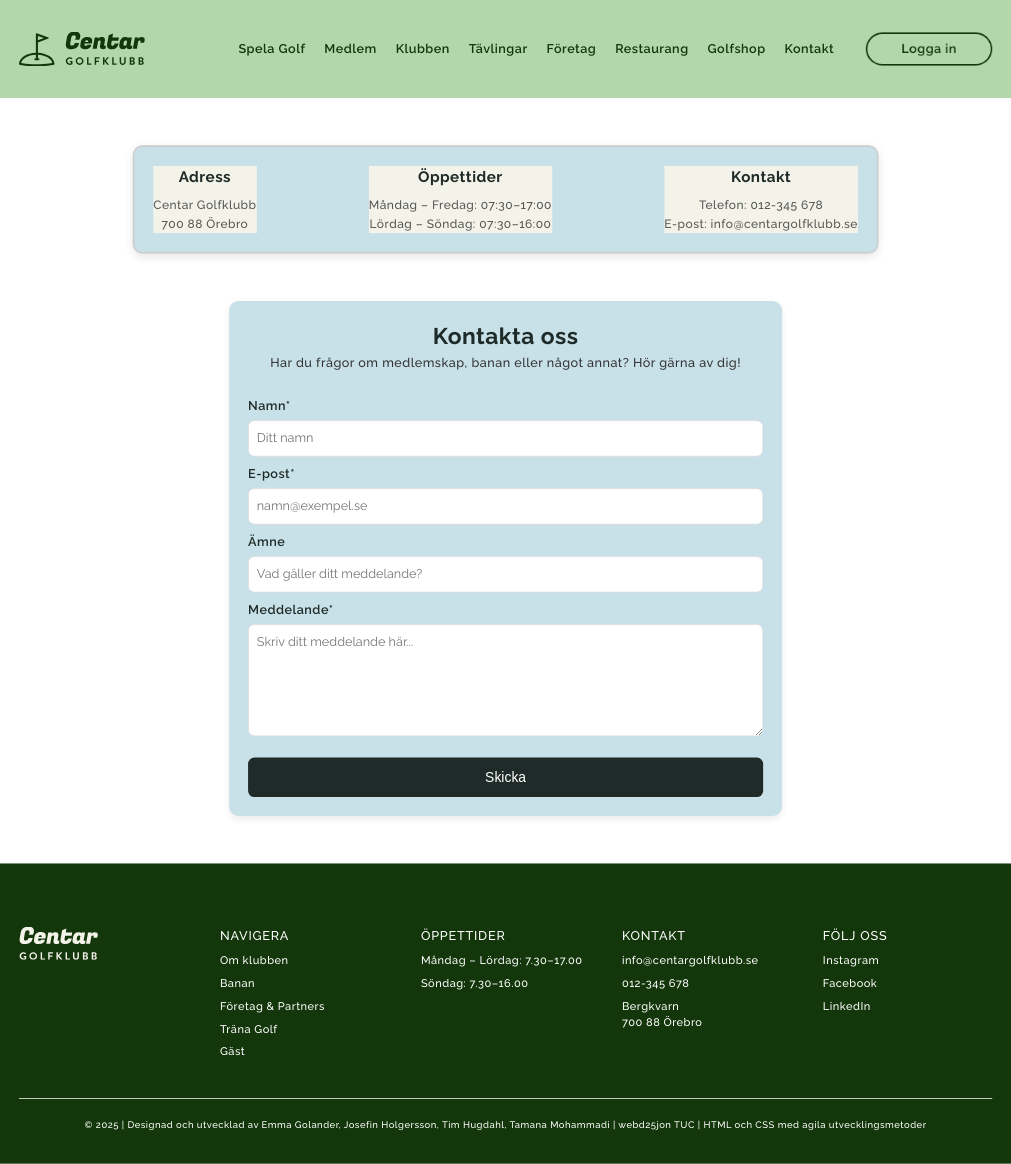
Repository: Tamana831/GolfklubbCentar
Page: kontakt.html
The author's editor kept a copy of each file at every save. The page is drawn from the files as they stood at one save, then again after the next save.
The browser window is 1280 px wide. The pictures show the whole page, at 79% of full size.

Above is the page before, as saved 2025-10-18 12:17:37.

After the next save:
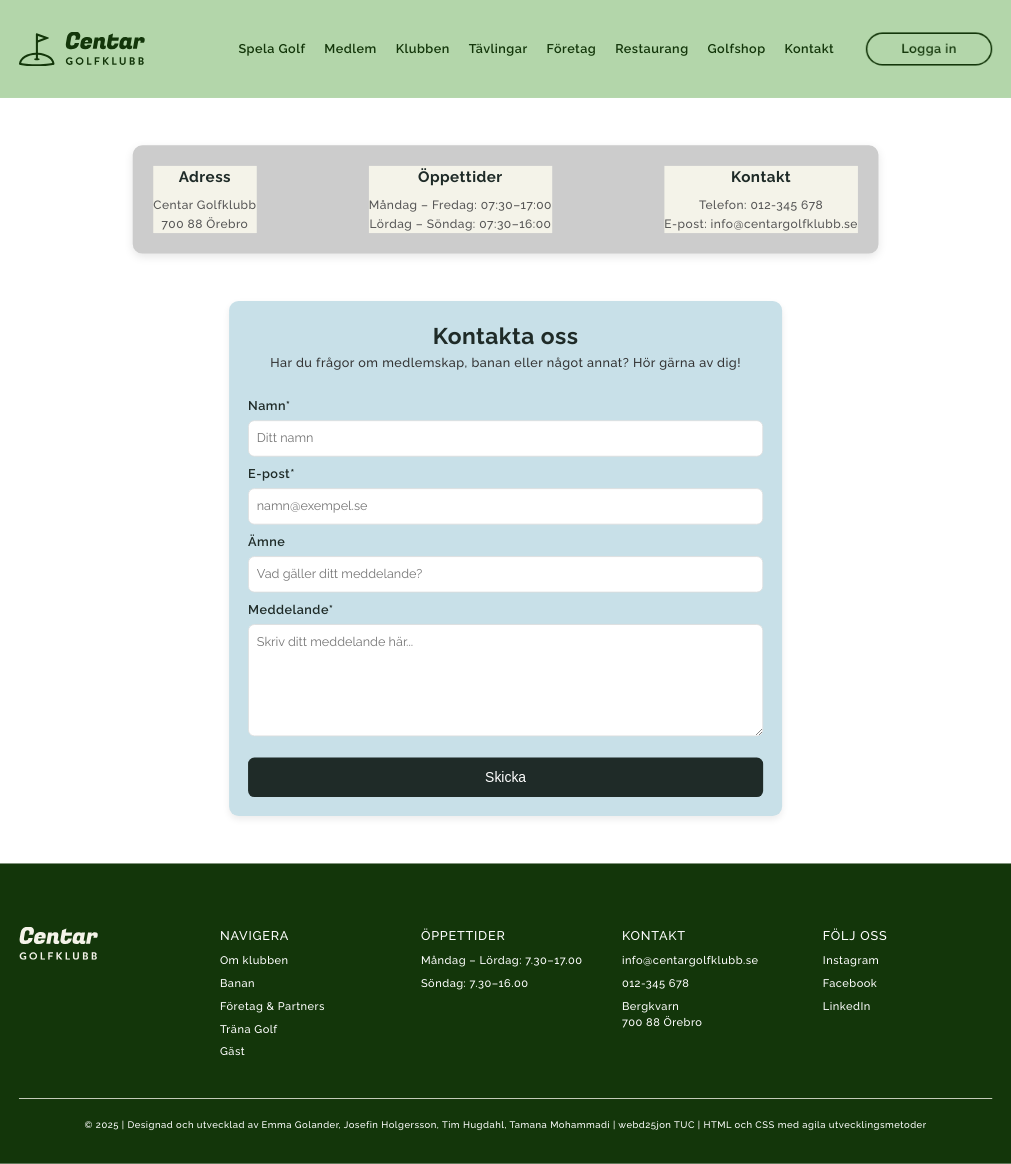
Saved 3 days later.
--- a/styles/kontakt.css
+++ b/styles/kontakt.css
@@ -2,13 +2,13 @@
 .contact-wrapper {
   display: flex;
   justify-content: space-between;
-  align-items: stretch; /* gör alla boxar lika höga */
+  align-items: stretch; /* alla boxar lika höga */
   gap: 24px;
   max-width: 944px;
   margin: 60px auto;
   border: 2px solid #ccc;
   border-radius: 12px;
-  background: #C8E0E8; /* bakgrundsfärg för hela kontaktboxen */
+  background: #ccc; /* bakgrundsfärg för hela kontaktboxen */
   box-shadow: 0 4px 12px rgba(0, 0, 0, 0.1);
   padding: 24px;
   flex-wrap: nowrap; /* boxarna ligger bredvid varandra */
